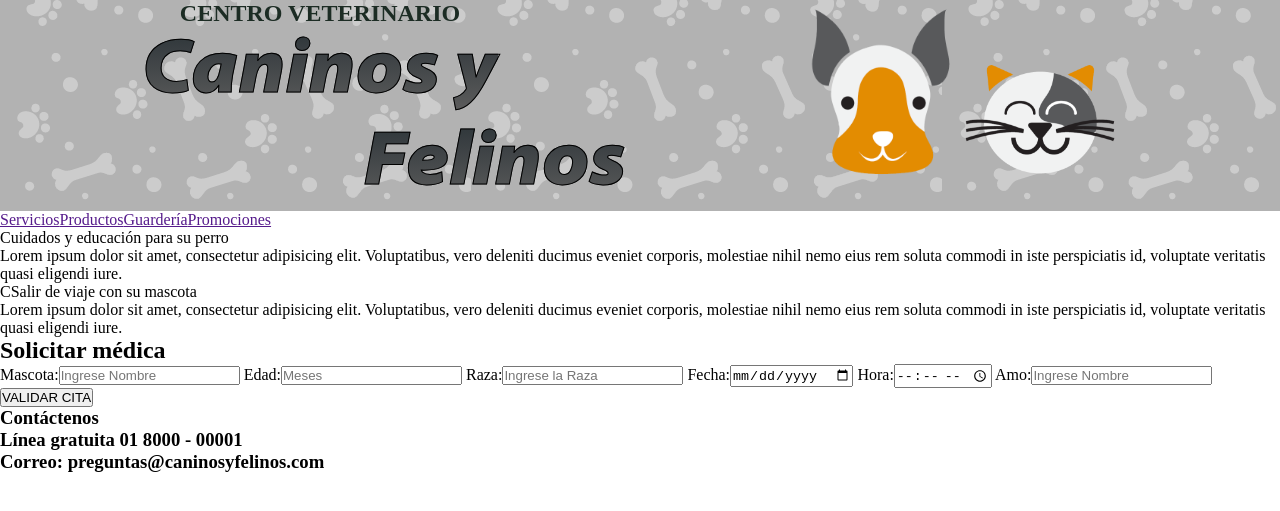
Repository: mariomr87/senaweb01
Page: principal.html
An editor plug-in stored every save of this project. The page is shown before and after the next save, followed by the edit.
The browser window is 1280 px wide. The pictures show the whole page.

Above is the page before, as saved 2021-10-23 07:42:59.

After the next save:
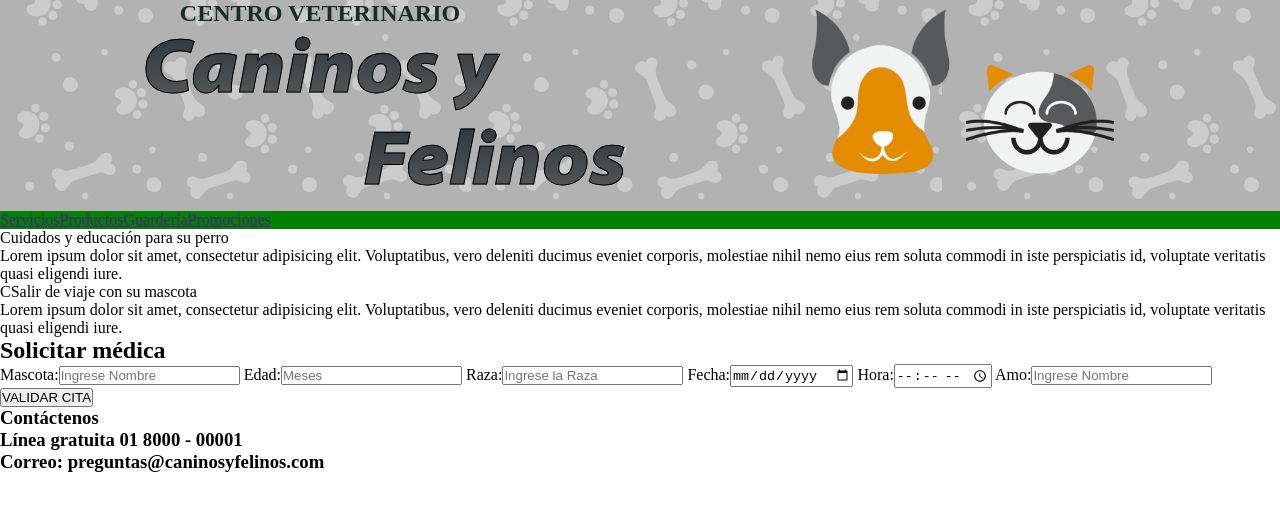
Saved 27 s later.
--- a/estilos.css
+++ b/estilos.css
@@ -55,5 +55,6 @@ header{
 
 nav{
     display: flex;
-flex-direction: row;
+    flex-direction: row;
+    background: green;
 }
